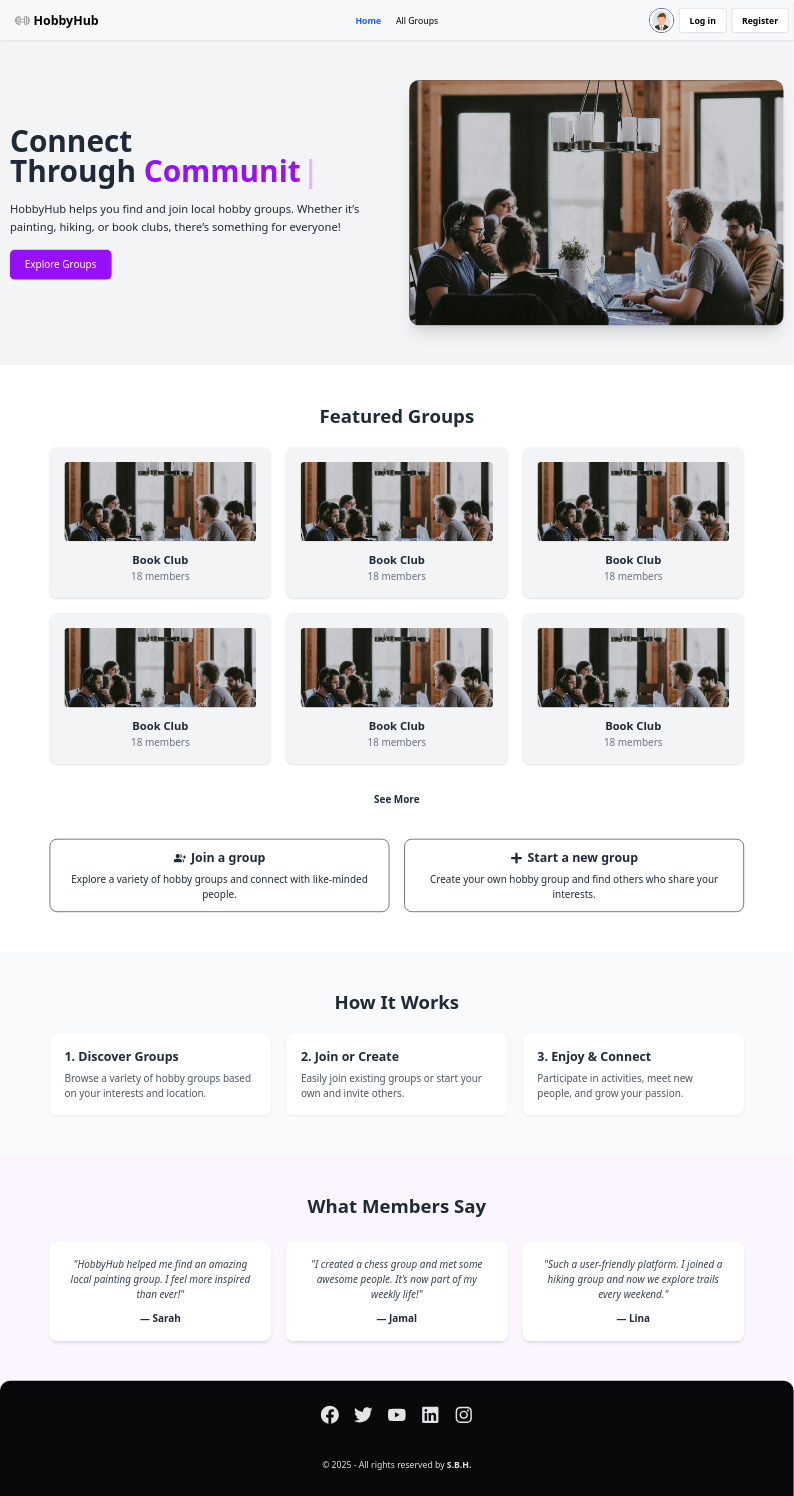
Repository: syedbayzid82849/Hobby_Hub_Client_site
Page: /
These files come from the project's save history. The page is drawn as it stood at one moment and after a run of saves; the edit follows.
The browser window is 1280 px wide. The pictures show the whole page, at 62% of full size.
The project was rebuilt for these pictures with package versions that can differ from the ones it lists, and the page was loaded fresh each time. Also part of the build but not shown: src/App.jsx, src/Pages/Register/Register.jsx, src/Pages/Login/Login.jsx, src/Pages/Profile/Profile.jsx, src/Pages/createGroup/createGroup.jsx, src/Pages/myGroup/myGroup.jsx, src/Routes/PrivateRoute.jsx, src/Pages/AllGroups/AllGroups.jsx.

Above is the page before, as saved 2025-05-22 09:03:45.

### src/main.jsx
import { StrictMode } from 'react'
import { createRoot } from 'react-dom/client'
import './index.css'
import App from './App.jsx'
import { RouterProvider } from 'react-router'
import router from './Routes/Router.jsx'
import AuthProvider from './Contexts/AuthProvider.jsx'
import { Toaster } from 'react-hot-toast'

createRoot(document.getElementById('root')).render(
  <StrictMode>
    <AuthProvider>
      <Toaster />
      <RouterProvider router={router}></RouterProvider>
    </AuthProvider>
  </StrictMode>,
)

### src/Routes/Router.jsx
import React from 'react';
import { createBrowserRouter } from "react-router";
import Root from "../Root/Root";
import Home from '../Pages/Home/Home';
import Register from '../Pages/Register/Register';
import Login from '../Pages/Login/Login';
import Profile from '../Pages/Profile/Profile';
import CreateGroup from '../Pages/createGroup/createGroup';
import MyGroup from '../Pages/myGroup/myGroup'
import PrivateRoute from './PrivateRoute';
import AllGroups from '../Pages/AllGroups/AllGroups'

const router = createBrowserRouter(
    [
        {
            path: '/',
            element: <Root></Root>,
            children: [
                {
                    index: true,
                    path: '/',
                    element: <Home></Home>
                },
                {
                    path: '/register',
                    element: <Register></Register>
                },
                {
                    path: '/login',
                    element: <Login></Login>
                },
                {
                    path: '/profile',
                    element: <Profile></Profile>
                },
                {
                    path: '/all-groups',
                    element: <AllGroups></AllGroups>
                },
                {
                    path: '/create-group',
                    element: <CreateGroup></CreateGroup>
                },
                {
                    path: '/my-group',
                    element:
                        <PrivateRoute>
                            <MyGroup></MyGroup>
                        </PrivateRoute>
                }
            ]
        }
    ]
);

export default router;

### src/Contexts/AuthProvider.jsx
import React, { useEffect, useState } from 'react';
import { AuthContext } from './AuthContext';
import { createUserWithEmailAndPassword, GoogleAuthProvider, onAuthStateChanged, signInWithEmailAndPassword, signInWithPopup, signOut } from "firebase/auth";
import { auth } from '../firebase.init';



const AuthProvider = ({ children }) => {
    const provider = new GoogleAuthProvider();
    const [user, setUser] = useState(null);
    const [loading, setLoading] = useState(true);

    // user true or false
    useEffect(() => {
        const unsubscribe = onAuthStateChanged(auth, (currentUser) => {
            setUser(currentUser);
            setLoading(false);
        });
        return () => unsubscribe();
    }, []);

    // register with email pass
    const createUser = (email, Password) => {
        setLoading(true);
        return createUserWithEmailAndPassword(auth, email, Password)
    };

    // register with google
    const createUserWithGoogle = () => {
        return signInWithPopup(auth, provider)
    }

    // log in with email and pass
    const loginUser = (email, password) => {
        setLoading(true);
        return signInWithEmailAndPassword(auth, email, password);
    };

    // login with google
    const loginUserWithGoogle = () => {
        return signInWithPopup(auth, provider)
    }

    // user log out
    const logOutUser = () => {
        setLoading(true);
        return signOut(auth);
    };


    const userInfo = {
        createUser,
        createUserWithGoogle,
        loginUserWithGoogle,
        loginUser,
        user,
        loading,
        setLoading,
        logOutUser
    }


    return (
        <AuthContext.Provider value={userInfo}>
            {children}
        </AuthContext.Provider>
    );
};

export default AuthProvider;

### src/Root/Root.jsx
import React from 'react';
import Navbar from '../Components/Navbar/Navbar';
import { Outlet } from 'react-router';
import Footer from '../Components/Footer/Footer'

const Root = () => {
    return (
        <div className="min-h-screen flex flex-col" >
            <Navbar></Navbar>
            <div className="flex-grow">
                <Outlet></Outlet>
            </div>
            <Footer></Footer>
        </div>
    );
};

export default Root;

### src/Pages/Home/Home.jsx
import { useEffect } from "react";
import { Link } from "react-router";
import { Typewriter } from "react-simple-typewriter";
import { Fade } from "react-awesome-reveal";
import img from '../../assets/hero.png';
import { MdGroupAdd } from "react-icons/md";
import { FaPlus } from "react-icons/fa";



const Home = () => {
    useEffect(() => {
        window.scrollTo(0, 0);
    }, []);

    return (
        <div className="text-gray-800 dark:text-gray-100">
            {/* Hero Section */}
            <section className="bg-gray-100 dark:bg-gray-800">
                <div className="max-w-7xl mx-auto px-4 py-16 flex flex-col-reverse lg:flex-row items-center justify-between gap-10">
                    <div className="lg:w-1/2 space-y-6">
                        <h1 className="text-4xl md:text-5xl font-bold">
                            Connect Through&nbsp;
                            <span className="text-purple-600">
                                <Typewriter
                                    words={["Hobbies", "Creativity", "Community"]}
                                    loop={true}
                                    cursor
                                    cursorStyle="|"
                                    typeSpeed={80}
                                    deleteSpeed={50}
                                    delaySpeed={1500}
                                />
                            </span>
                        </h1>
                        <p className="text-lg">
                            HobbyHub helps you find and join local hobby groups. Whether it’s painting, hiking, or book clubs, there’s something for everyone!
                        </p>
                        <Link to="/groups">
                            <button className="bg-purple-600 text-white px-6 py-3 rounded-lg hover:bg-purple-700 transition-all">
                                Explore Groups
                            </button>
                        </Link>
                    </div>

                    <div className="lg:w-1/2">
                        <img
                            src={img}
                            alt="Hobby Community"
                            className="w-full rounded-2xl shadow-xl"
                        />
                    </div>
                </div>
            </section>

            {/* Featured Groups (Dummy for now) */}
            <section className="py-16 bg-white dark:bg-gray-900">
                <div className="max-w-6xl mx-auto px-4 text-center">
                    <h2 className="text-3xl font-bold mb-8">Featured Groups</h2>
                    <div className="grid grid-cols-1 md:grid-cols-2 lg:grid-cols-3 gap-6">
                        {/* Group Card 1 */}
                        <div className="p-6 bg-gray-100 dark:bg-gray-800 rounded-xl shadow hover:shadow-lg transition">
                            <img
                                src={img}
                                alt=""
                                className="rounded-md w-full h-32 object-cover mb-4"
                            />
                            <h3 className="text-lg font-semibold">Book Club</h3>
                            <p className="text-gray-500">18 members</p>
                        </div>
                        {/* Group Card 1 */}
                        <div className="p-6 bg-gray-100 dark:bg-gray-800 rounded-xl shadow hover:shadow-lg transition">
                            <img
                                src={img}
                                alt=""
                                className="rounded-md w-full h-32 object-cover mb-4"
                            />
                            <h3 className="text-lg font-semibold">Book Club</h3>
                            <p className="text-gray-500">18 members</p>
                        </div>
                        {/* Group Card 1 */}
                        <div className="p-6 bg-gray-100 dark:bg-gray-800 rounded-xl shadow hover:shadow-lg transition">
                            <img
                                src={img}
                                alt=""
                                className="rounded-md w-full h-32 object-cover mb-4"
                            />
                            <h3 className="text-lg font-semibold">Book Club</h3>
                            <p className="text-gray-500">18 members</p>
                        </div>
                        {/* Group Card 1 */}
                        <div className="p-6 bg-gray-100 dark:bg-gray-800 rounded-xl shadow hover:shadow-lg transition">
                            <img
                                src={img}
                                alt=""
                                className="rounded-md w-full h-32 object-cover mb-4"
                            />
                            <h3 className="text-lg font-semibold">Book Club</h3>
                            <p className="text-gray-500">18 members</p>
                        </div>
                        {/* Group Card 1 */}
                        <div className="p-6 bg-gray-100 dark:bg-gray-800 rounded-xl shadow hover:shadow-lg transition">
                            <img
                                src={img}
                                alt=""
                                className="rounded-md w-full h-32 object-cover mb-4"
                            />
                            <h3 className="text-lg font-semibold">Book Club</h3>
                            <p className="text-gray-500">18 members</p>
                        </div>
                        {/* Group Card 1 */}
                        <div className="p-6 bg-gray-100 dark:bg-gray-800 rounded-xl shadow hover:shadow-lg transition">
                            <img
                                src={img}
                                alt=""
                                className="rounded-md w-full h-32 object-cover mb-4"
                            />
                            <h3 className="text-lg font-semibold">Book Club</h3>
                            <p className="text-gray-500">18 members</p>
                        </div>
                    </div>
                    <button type="button" className="mt-8 px-8 py-3 font-semibold rounded-full dark:bg-gray-800 dark:text-gray-100">See More</button>
                </div>
                <div className="max-w-6xl mx-auto px-4 text-center pt-10">
                    <div className="grid grid-cols-1 md:grid-cols-2 gap-6 text-center">
                        <Link to={'/join-group'}>
                            <div className="p-4  rounded-xl border">
                                <h4 className="text-xl font-semibold mb-2 flex justify-center items-center gap-2">
                                    <MdGroupAdd />
                                    Join a group
                                </h4>
                                <p className="">
                                    Explore a variety of hobby groups and connect with like-minded people.
                                </p>
                            </div>
                        </Link>
                        <Link to={'/create-group'}>
                            <div className="p-4  rounded-xl border">
                                <h4 className="text-xl font-semibold mb-2 flex justify-center items-center gap-2 ">
                                    <FaPlus />
                                    Start a new group
                                </h4>
                                <p className="">
                                    Create your own hobby group and find others who share your interests.
                                </p>
                            </div>
                        </Link>
                    </div>
                </div>
            </section>
            <section className="py-16 bg-gray-50 dark:bg-gray-900">
                <div className="max-w-6xl mx-auto px-4 text-center">
                    <Fade direction="up">
                        <h2 className="text-3xl font-bold mb-8">How It Works</h2>
                        <div className="grid grid-cols-1 md:grid-cols-3 gap-6 text-left">
                            <div className="p-6 bg-white dark:bg-gray-800 rounded-xl shadow">
                                <h3 className="text-xl font-semibold mb-2">1. Discover Groups</h3>
                                <p className="text-gray-600 dark:text-gray-400">
                                    Browse a variety of hobby groups based on your interests and location.
                                </p>
                            </div>
                            <div className="p-6 bg-white dark:bg-gray-800 rounded-xl shadow">
                                <h3 className="text-xl font-semibold mb-2">2. Join or Create</h3>
                                <p className="text-gray-600 dark:text-gray-400">
                                    Easily join existing groups or start your own and invite others.
                                </p>
                            </div>
                            <div className="p-6 bg-white dark:bg-gray-800 rounded-xl shadow">
                                <h3 className="text-xl font-semibold mb-2">3. Enjoy & Connect</h3>
                                <p className="text-gray-600 dark:text-gray-400">
                                    Participate in activities, meet new people, and grow your passion.
                                </p>
                            </div>
                        </div>
                    </Fade>
                </div>
            </section>

            <section className="py-16 bg-purple-50 dark:bg-gray-950">
                <div className="max-w-6xl mx-auto px-4 text-center">
                    <Fade direction="up">
                        <h2 className="text-3xl font-bold mb-10">What Members Say</h2>
                        <div className="grid grid-cols-1 md:grid-cols-3 gap-6">
                            <div className="p-6 bg-white dark:bg-gray-800 rounded-xl shadow-md">
                                <p className="italic text-gray-700 dark:text-gray-300">"HobbyHub helped me find an amazing local painting group. I feel more inspired than ever!"</p>
                                <h4 className="mt-4 font-semibold">— Sarah</h4>
                            </div>
                            <div className="p-6 bg-white dark:bg-gray-800 rounded-xl shadow-md">
                                <p className="italic text-gray-700 dark:text-gray-300">"I created a chess group and met some awesome people. It’s now part of my weekly life!"</p>
                                <h4 className="mt-4 font-semibold">— Jamal</h4>
                            </div>
                            <div className="p-6 bg-white dark:bg-gray-800 rounded-xl shadow-md">
                                <p className="italic text-gray-700 dark:text-gray-300">"Such a user-friendly platform. I joined a hiking group and now we explore trails every weekend."</p>
                                <h4 className="mt-4 font-semibold">— Lina</h4>
                            </div>
                        </div>
                    </Fade>
                </div>
            </section>

        </div>
    );
};

export default Home;

### src/firebase.init.js
// Import the functions you need from the SDKs you need
import { initializeApp } from "firebase/app";
import { getAuth } from "firebase/auth";

// Your web app's Firebase configuration
const firebaseConfig = {
    apiKey: "AIzaSyCtRTOUnwTc6Mla46elstpohqei1y1fwIk",
    authDomain: "hobbehub-58606.firebaseapp.com",
    projectId: "hobbehub-58606",
    storageBucket: "hobbehub-58606.firebasestorage.app",
    messagingSenderId: "104601899527",
    appId: "1:104601899527:web:4668fdebd3797ce9a890a2"
};

// Initialize Firebase
const app = initializeApp(firebaseConfig);

// Initialize Firebase Authentication and get a reference to the service
export const auth = getAuth(app);

### src/Components/Navbar/Navbar.jsx
import { NavLink, Link } from 'react-router';
import logo from '../../assets/logo.png'
import { useContext } from 'react';
import { AuthContext } from '../../Contexts/AuthContext';
import profile from '../../assets/profile.jpg';


const Navbar = () => {
    const { user, logOutUser } = useContext(AuthContext);

    const handleLogOutBtn = () => {
        logOutUser().then(() => {
            // optional: toast or redirect
        }).catch(error => {
            console.error(error);
        });
    };


    const links = (
        <>
            <li>
                <NavLink
                    to="/"
                    className={({ isActive }) => isActive ? "text-blue-600 font-semibold" : "text-black"}
                >Home</NavLink>
            </li>
            <li>
                <NavLink
                    to="/all-groups"
                    className={({ isActive }) => isActive ? "text-blue-600 font-semibold" : "text-black"}
                >All Groups</NavLink>
            </li>
            {
                user && (
                    <>
                        <li>
                            <NavLink
                                to="/create-group"
                                className={({ isActive }) => isActive ? "text-blue-600 font-semibold" : "text-black"}
                            >Create Group</NavLink>
                        </li>
                        <li>
                            <NavLink
                                to="/my-group"
                                className={({ isActive }) => isActive ? "text-blue-600 font-semibold" : "text-black"}
                            >My Groups</NavLink>
                        </li>
                    </>
                )}
        </>
    );


    return (
        <div className="navbar bg-[#f6f8fa] shadow-sm text-black">
            <div className="navbar-start ">
                <div className="dropdown">
                    <div tabIndex={0} role="button" className="btn btn-ghost lg:hidden text-black">
                        <svg
                            xmlns="http://www.w3.org/2000/svg"
                            className="h-5 w-5"
                            fill="none"
                            viewBox="0 0 24 24"
                            stroke="currentColor"
                        >
                            <path
                                strokeLinecap="round"
                                strokeLinejoin="round"
                                strokeWidth="2"
                                d="M4 6h16M4 12h8m-8 6h16"
                            />
                        </svg>
                    </div>
                    <ul
                        tabIndex={0}
                        className="menu menu-sm dropdown-content bg-white text-black rounded-box z-1 mt-3 w-52 p-2 shadow"
                    >
                        {links}
                        {user ? (
                            <NavLink onClick={() => { handleLogOutBtn() }} to="/" className="btn  md:inline-flex text-black bg-white border border-gray-300 hover:bg-gray-100">
                                LogOut
                            </NavLink>
                        ) : (
                            <>
                                <NavLink to="/login" className="btn  md:inline-flex text-black bg-white border border-gray-300 hover:bg-gray-100">
                                    Log in
                                </NavLink>
                                <NavLink to="/register" className="btn mt-2  md:inline-flex text-black bg-white border border-gray-300 hover:bg-gray-100">
                                    Register
                                </NavLink>
                            </>
                        )}
                    </ul>

                </div>
                <NavLink to='/'>
                    <button className="btn flex items-center text-xl text-black bg-transparent shadow-none hover:bg-transparent hover:shadow-none focus:shadow-none active:shadow-none border-none "><img src={logo} alt="Logo" className="w-6" />
                        HobbyHub</button>
                </NavLink>
            </div>

            <div className="navbar-center hidden lg:flex">
                <ul className="menu menu-horizontal px-1">{links}</ul>
            </div>

            <div className="navbar-end gap-2">
                <div className="tooltip tooltip-bottom" data-tip={user?.displayName || "User"}>
                    <Link to="/profile">
                        <img
                            className="w-10 h-10 border border-black rounded-full"
                            src={user?.photoURL ? user.photoURL : profile}
                            alt="Profile"
                        />
                    </Link>
                </div>
                {user ? (
                    <NavLink onClick={() => { handleLogOutBtn() }} to="/" className="btn hidden md:inline-flex text-black bg-white border border-gray-300 hover:bg-gray-100">
                        LogOut
                    </NavLink>
                ) : (
                    <>
                        <NavLink to="/login" className="btn hidden md:inline-flex text-black bg-white border border-gray-300 hover:bg-gray-100">
                            Log in
                        </NavLink>
                        <NavLink to="/register" className="btn hidden md:inline-flex text-black bg-white border border-gray-300 hover:bg-gray-100">
                            Register
                        </NavLink>
                    </>
                )}
            </div>
        </div>
    );
};

export default Navbar;

### src/Components/Footer/Footer.jsx
import React from "react";
import {
    FaFacebook,
    FaTwitter,
    FaYoutube,
    FaLinkedin,
    FaInstagram,
} from "react-icons/fa";

const Footer = () => {
    return (
        <footer className="footer footer-horizontal footer-center bg-neutral text-neutral-content p-10 rounded-t-2xl shadow-inner">
            <nav>
                <div className="grid grid-flow-col gap-6 text-3xl">
                    <a
                        href="https://facebook.com/syed.bayzidhusain/"
                        target="_blank"
                        rel="noopener noreferrer"
                    >
                        <FaFacebook className="hover:text-blue-400 hover:scale-125 transition-all duration-300 shadow-md" />
                    </a>
                    <a
                        href="https://x.com/SyedBayzid82849"
                        target="_blank"
                        rel="noopener noreferrer"
                    >
                        <FaTwitter className="hover:text-sky-300 hover:scale-125 transition-all duration-300 shadow-md" />
                    </a>
                    <a
                        href="https://youtube.com/@SyedBayzid0.1"
                        target="_blank"
                        rel="noopener noreferrer"
                    >
                        <FaYoutube className="hover:text-red-400 hover:scale-125 transition-all duration-300 shadow-md" />
                    </a>
                    <a
                        href="https://linkedin.com/in/syed-bayzid-b91343329"
                        target="_blank"
                        rel="noopener noreferrer"
                    >
                        <FaLinkedin className="hover:text-blue-300 hover:scale-125 transition-all duration-300 shadow-md" />
                    </a>
                    <a
                        href="https://www.instagram.com/syedbayzidhusain/"
                        target="_blank"
                        rel="noopener noreferrer"
                    >
                        <FaInstagram className="hover:text-pink-400 hover:scale-125 transition-all duration-300 shadow-md" />
                    </a>
                </div>
            </nav>
            <aside className="mt-4">
                <p className="hover:text-primary transition-colors duration-200">
                    © {new Date().getFullYear()} - All rights reserved by <strong>S.B.H.</strong>
                </p>
            </aside>
        </footer>
    );
};

export default Footer;

Loaded but not shown: index.html (common file); src/index.css (common file); src/Contexts/AuthContext.jsx (common file); src/App.css (no stored copy; drawn as an empty file)

After the next 5 saves:
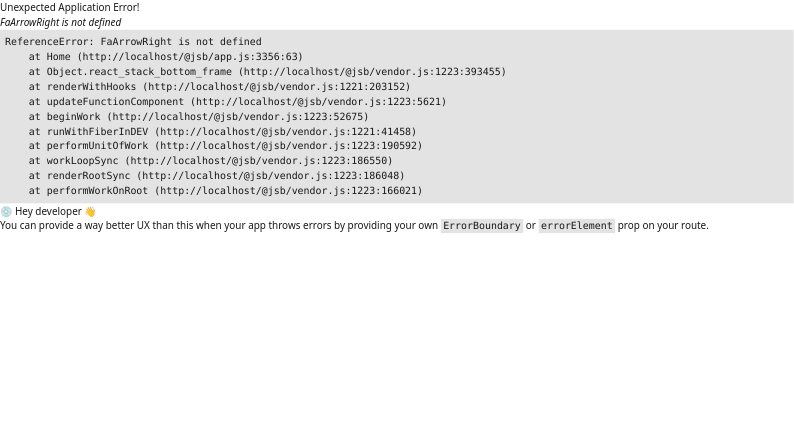
The 5 saves are shown as one change because they came seconds apart.
The last was saved 29 s later.
--- a/src/Pages/Home/Home.jsx
+++ b/src/Pages/Home/Home.jsx
@@ -119,7 +119,7 @@ const Home = () => {
                             <p className="text-gray-500">18 members</p>
                         </div>
                     </div>
-                    <button type="button" className="mt-8 px-8 py-3 font-semibold rounded-full dark:bg-gray-800 dark:text-gray-100">See More</button>
+                    <button type="button" className="mt-8 px-8 py-3 font-semibold rounded-full dark:bg-gray-800 dark:text-gray-100">See More<FaArrowRight /></button>
                 </div>
                 <div className="max-w-6xl mx-auto px-4 text-center pt-10">
                     <div className="grid grid-cols-1 md:grid-cols-2 gap-6 text-center">
